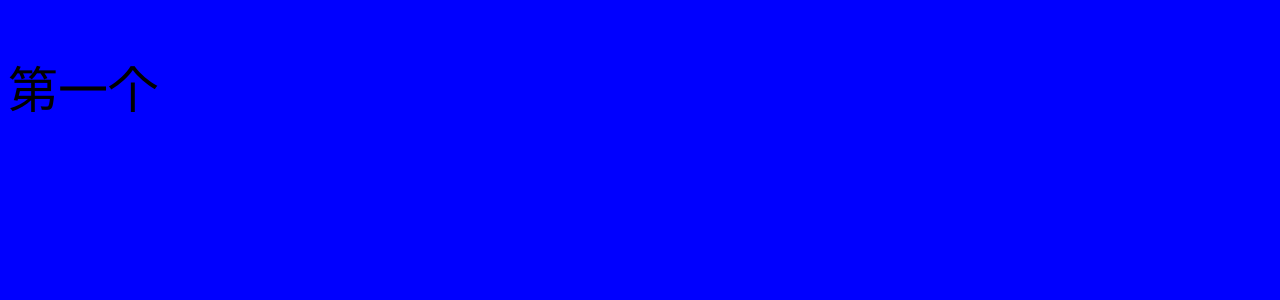
Repository: Lixianlai-2/git-demo-1
Page: index.html
These files come from the project's save history. The page is drawn as it stood at one moment and after the next save; the edit follows.
The browser window is 1280 px wide. The pictures show the whole page.

Above is the page before, as saved 2021-11-20 11:31:53.

### index.html
<!DOCTYPE html>
<html lang="en">
  <head>
    <meta charset="UTF-8" />
    <meta http-equiv="X-UA-Compatible" content="IE=edge" />
    <meta name="viewport" content="width=device-width, initial-scale=1.0" />
    <link rel="stylesheet" href="./style.css" />
    <title>Document</title>
  </head>
  <body>
    <p>第一个</p>
  </body>
</html>

### style.css
body {
  font-size: 50px;
  background-color: blue;
}

After the next save:
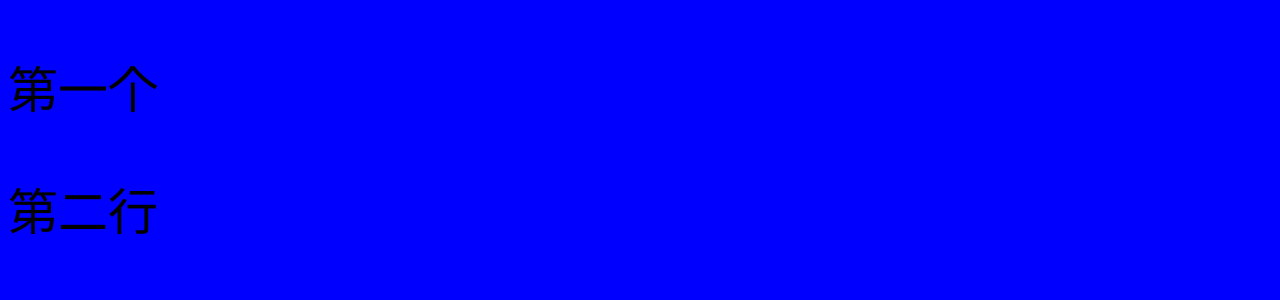
Saved 30 min 39 s later.
--- a/index.html
+++ b/index.html
@@ -9,5 +9,6 @@
   </head>
   <body>
     <p>第一个</p>
+    <p>第二行</p>
   </body>
 </html>
